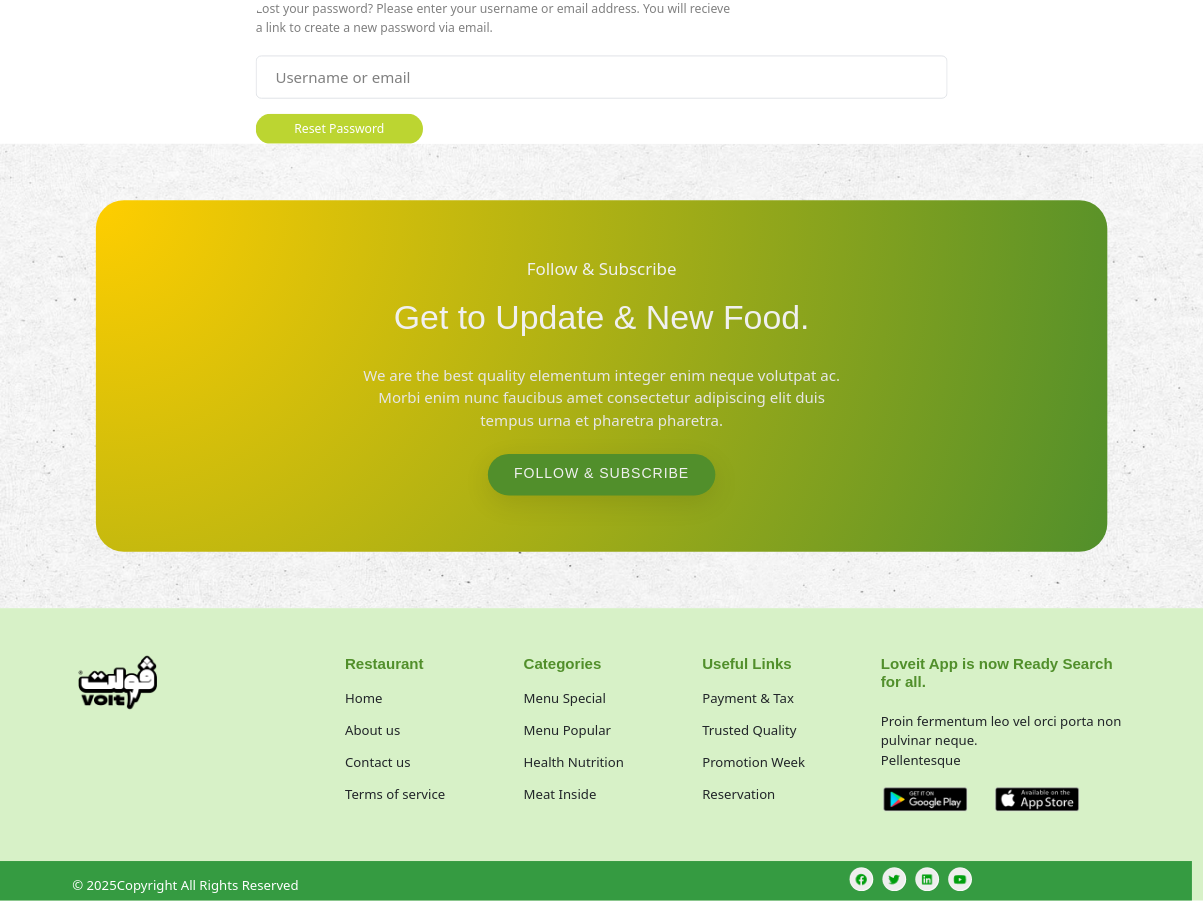
Repository: junivig/volt-new-project
Page: forgot-password.html
These files come from the project's save history. The page is drawn as it stood at one moment and after the next save; the edit follows.
The browser window is 1280 px wide. The pictures show the whole page, at 94% of full size.

Above is the page before, as saved 2025-02-12 14:18:18.

### forgot-password.html
<!DOCTYPE html>
<html lang="en">
<head>
    <meta charset="UTF-8">
    <meta name="viewport" content="width=device-width, initial-scale=1.0">
    <title>Forgot Password</title>
    <!-- Favicons -->
 <link href="assets/img/favicon.png" rel="icon">
 <link href="assets/img/apple-touch-icon.png" rel="apple-touch-icon">

 <!-- Fonts -->
 <link href="https://fonts.googleapis.com" rel="preconnect">
 <link href="https://fonts.gstatic.com" rel="preconnect" crossorigin>
 <link href="https://fonts.googleapis.com/css2?family=Roboto:ital,wght@0,100;0,300;0,400;0,500;0,700;0,900;1,100;1,300;1,400;1,500;1,700;1,900&family=Raleway:ital,wght@0,100;0,200;0,300;0,400;0,500;0,600;0,700;0,800;0,900;1,100;1,200;1,300;1,400;1,500;1,600;1,700;1,800;1,900&family=Ubuntu:ital,wght@0,300;0,400;0,500;0,700;1,300;1,400;1,500;1,700&display=swap" rel="stylesheet">

 <!-- Vendor CSS Files -->
 <link href="assets/vendor/bootstrap/css/bootstrap.min.css" rel="stylesheet">
 <link href="assets/vendor/bootstrap-icons/bootstrap-icons.css" rel="stylesheet">
 <link href="assets/vendor/aos/aos.css" rel="stylesheet">
 <link href="assets/vendor/glightbox/css/glightbox.min.css" rel="stylesheet">
 <link href="assets/vendor/swiper/swiper-bundle.min.css" rel="stylesheet">

  <!-- Main CSS File -->
  <link href="assets/css/main.css" rel="stylesheet">
    <link href="https://cdn.jsdelivr.net/npm/bootstrap@5.3.0/dist/css/bootstrap.min.css" rel="stylesheet">
    <style>
        .btn-light-green {
            background-color: #BCD531 !important;
            color: white !important;
            font-size: small;
            padding: 5px 40px;
            border-radius: 40px;
        }
        .card {
            border: none;
            border-top-left-radius: 20px;
            border-top-right-radius: 20px;
        }
        .form-control {
            padding: 10px 20px;
            color: grey !important;
        }
        .form-control::placeholder {
            color: grey !important;
        }
        .privacy-text {
            color: grey;
            font-size: small;
            margin-bottom: 20px;
        }
    </style>
</head>
<body class=" vh-100">
    <div class="container">
        <div class="row justify-content-center">
            <div class="col-md-8">
                <div class="card">
                            <form>
                                <p class="privacy-text">Lost your password? Please enter your username or email address.
                                     You will recieve <br/> a link to create a new password via email.</p>
                                <div class="mb-3">
                                    <input type="email" class="form-control" id="register-email" placeholder="Username or email">
                                </div>
                                <button type="submit" class="btn btn-light-green">Reset Password</button>
                            </form>
                </div>
            </div>
        </div>
    </div>


       <!-- /Subscribe Footer Section -->
  <!-- Footer will be loaded here -->
  <div id="footer-placeholder"></div>

  <script>
    // Load footer.html into the placeholder div
    fetch("footer.html")
        .then(response => response.text())
        .then(data => {
            document.getElementById("footer-placeholder").innerHTML = data;
        })
        .catch(error => console.error("Error loading footer:", error));
</script>

    <script src="https://cdn.jsdelivr.net/npm/bootstrap@5.3.0/dist/js/bootstrap.bundle.min.js"></script>
    <script src="https://cdn.jsdelivr.net/npm/bootstrap@5.3.0/dist/js/bootstrap.bundle.min.js"></script>
</body>
</html>

### footer.html

<!-- Subscribe Footer Section -->
<section class="bg-image">
    <div class="footer-newsletter">
      <div class="container">
        <div class="row justify-content-center text-center">
          <div class="col-lg-6">
            <p class="footer-newsletter-sub-heading">Follow & Subscribe</p>
            <h4 class="footer-newsletter-heading">Get to Update & New Food.</h4>
            <p class="footer-newsletter-text">We are the best quality elementum integer enim neque volutpat ac. Morbi enim nunc
              faucibus amet consectetur adipiscing elit duis tempus urna et pharetra pharetra.</p>
            <div class="mt-4">
              <a href="#about" class="subscribe-button">FOLLOW & SUBSCRIBE</a>
            </div>
          </div>
        </div>
      </div>
    </div>
  </section>


  <footer id="footer" class="footer">
    <div class="container footer-top">
      <div class="row gy-4">
        <div class="col-lg-3 col-md-6 footer-about">
          <a href="index.html" class="logo d-flex align-items-center me-auto">
            <img src="assets/img/logo.png" alt="Logo Image">
          </a>

        </div>

        <div class="col-lg-2 col-md-3 footer-links">
          <h4 class="footer-pages-heading">Restaurant</h4>
          <ul>
            <li> <a href="#">Home</a></li>
            <li> <a href="about.html">About us</a></li>
            <li> <a href="contact.html">Contact us</a></li>
            <li> <a href="privacy-and-policy.html">Terms of service</a></li>
          </ul>
        </div>

        <div class="col-lg-2 col-md-3 footer-links">
          <h4 class="footer-pages-heading">Categories</h4>
          <ul>
            <li> <a href="#">Menu Special</a></li>
            <li> <a href="#">Menu Popular</a></li>
            <li> <a href="#">Health Nutrition</a></li>
            <li> <a href="#">Meat Inside</a></li>
          </ul>
        </div>
        <div class="col-lg-2 col-md-3 footer-links">
          <h4 class="footer-pages-heading">Useful Links</h4>
          <ul>
            <li> <a href="#">Payment & Tax</a></li>
            <li> <a href="#">Trusted Quality</a></li>
            <li> <a href="#">Promotion Week</a></li>
            <li> <a href="#">Reservation</a></li>
          </ul>
        </div>

        <div class="col-lg-3 col-md-12">
          <h4 class="footer-pages-heading">Loveit App is now Ready Search for all.</h4>
          <p>Proin fermentum leo vel orci porta non pulvinar neque. <br> Pellentesque</p>
          <div class="row">
            <div class="col-lg-5 col-md-6 col-sm-12">
              <img src="assets/img/android.png" alt="Google Play Image" class="mobile-app-image">
           </div>
           <div class="col-lg-5 col-md-6 col-sm-12">
            <img src="assets/img/apple.png" alt="Apple Store Image" class="mobile-app-image">
         </div>
        </div>

      </div>
    </div>
    </div>
    <div class="row copyright mt-4">
      <div class="row">
      <div class="col-lg-6 col-md-12 col-sm-12">
        <p class="mt-2">© 2025<span>Copyright All Rights Reserved</span></p>
      </div>
      <div class="col-lg-3 col-md-12 col-md-12">
      </div>
      <div class="col-lg-3 col-md-12 col-md-12 social-media-icons">
        <div class="social-links d-flex text-end">
          <a href=""><img src="assets/img/facebook.png" alt="Logo Image"></a>
          <a href=""><img src="assets/img/twitter.png" alt="Logo Image"></a>
          <a href=""><img src="assets/img/linkedin.png" alt="Logo Image"></i></a>
          <a href=""><img src="assets/img/youtube.png" alt="Logo Image"></i></a>
        </div>
      </div>
      </div>
    </div>
  </footer>

Loaded but not shown: assets/vendor/bootstrap/css/bootstrap.min.css (library); assets/vendor/bootstrap-icons/bootstrap-icons.css (library); assets/vendor/aos/aos.css (library); assets/vendor/glightbox/css/glightbox.min.css (library); assets/vendor/swiper/swiper-bundle.min.css (library); assets/css/main.css (2788 lines, source omitted)

After the next save:
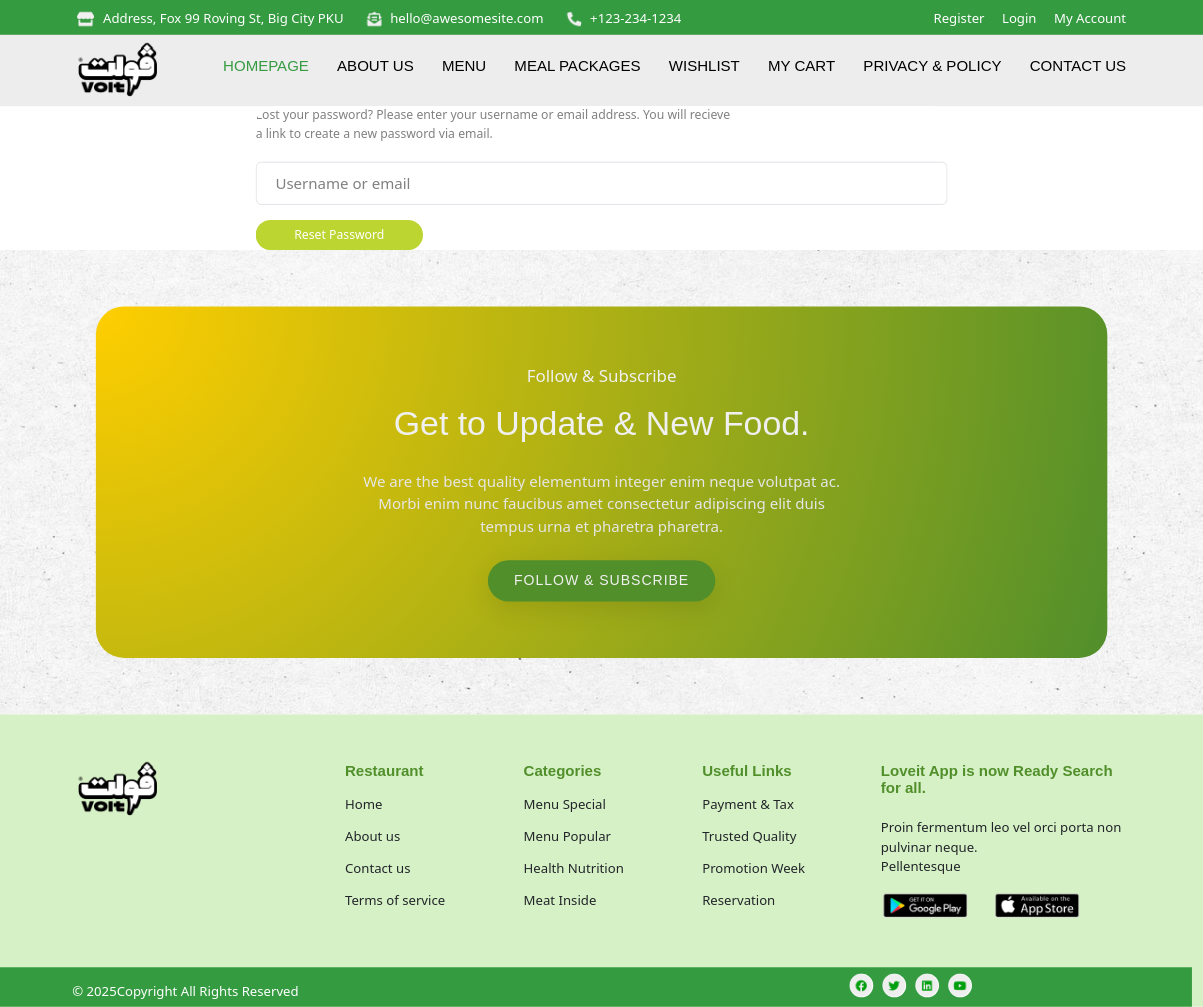
Saved 25 s later.
--- a/forgot-password.html
+++ b/forgot-password.html
@@ -50,7 +50,79 @@
         }
     </style>
 </head>
-<body class=" vh-100">
+<body class="">
+    <header id="header" class="header ">
+        <div class="container-fluid  top-header">
+          <div class="container-xl">
+              <div class="row align-items-center">
+                  <div class="col-md-8 d-flex align-items-center">
+                    <nav id="navmenu" class="navmenu">
+                      <ul>
+                    <li class="">
+                      <img src="assets/img/location-icon.png" alt="Location Icon" class="icon-right">
+                      <span class="top-header-text">Address, Fox 99 Roving St, Big City PKU</span>
+                  </li>
+                    <li class="">
+                      <img src="assets/img/email-icon.png" alt="Email Icon" class="icon-right">
+                      <span class="top-header-text">hello@awesomesite.com</span>
+                  </li>
+                  <li class="">
+                    <img src="assets/img/phone-icon.png" alt="Phone Icon" class="icon-right">
+                    <span class="top-header-text">+123-234-1234</span>
+                </li>
+                      </ul>
+                    </nav>
+                  </div>
+                  <div class="col-md-4 text-end">
+                      <a href="auth.html" >Register</a>
+                      <a href="auth.html">Login</a>
+                      <a href="my-account.html">My Account</a>
+                  </div>
+              </div>
+            </div>
+      </div>
+        <div class="container-fluid container-xl position-relative d-flex align-items-center">
+
+          <a href="index.html" class="logo d-flex align-items-center me-auto">
+
+            <img src="assets/img/logo.png" alt="Logo Image">
+          </a>
+
+          <nav id="navmenu" class="navmenu">
+            <ul>
+              <li><a href="index.html" class="active">HOMEPAGE</a></li>
+              <li><a href="about.html">ABOUT US</a></li>
+              <li><a href="menu.html">MENU</a></li>
+              <li><a href="meal-packages.html">MEAL PACKAGES</a></li>
+              <li><a href="wishlist.html">WISHLIST</a></li>
+              <li><a href="cart.html">MY CART</a></li>
+              <li><a href="privacy-and-policy.html">PRIVACY & POLICY</a></li>
+              <li><a href="contact.html">CONTACT US</a></li>
+              <!-- <li class="dropdown"><a href="#"><span>Dropdown</span> <i class="bi bi-chevron-down toggle-dropdown"></i></a>
+                <ul>
+                  <li><a href="#">Dropdown 1</a></li>
+                  <li class="dropdown"><a href="#"><span>Deep Dropdown</span> <i class="bi bi-chevron-down toggle-dropdown"></i></a>
+                    <ul>
+                      <li><a href="#">Deep Dropdown 1</a></li>
+                      <li><a href="#">Deep Dropdown 2</a></li>
+                      <li><a href="#">Deep Dropdown 3</a></li>
+                      <li><a href="#">Deep Dropdown 4</a></li>
+                      <li><a href="#">Deep Dropdown 5</a></li>
+                    </ul>
+                  </li>
+                  <li><a href="#">Dropdown 2</a></li>
+                  <li><a href="#">Dropdown 3</a></li>
+                  <li><a href="#">Dropdown 4</a></li>
+                </ul>
+              </li> -->
+            </ul>
+            <i class="mobile-nav-toggle d-xl-none bi bi-list"></i>
+          </nav>
+
+          <!-- <a class="btn-getstarted" href="index.html#about">Get Started</a> -->
+
+        </div>
+      </header>
     <div class="container">
         <div class="row justify-content-center">
             <div class="col-md-8">
